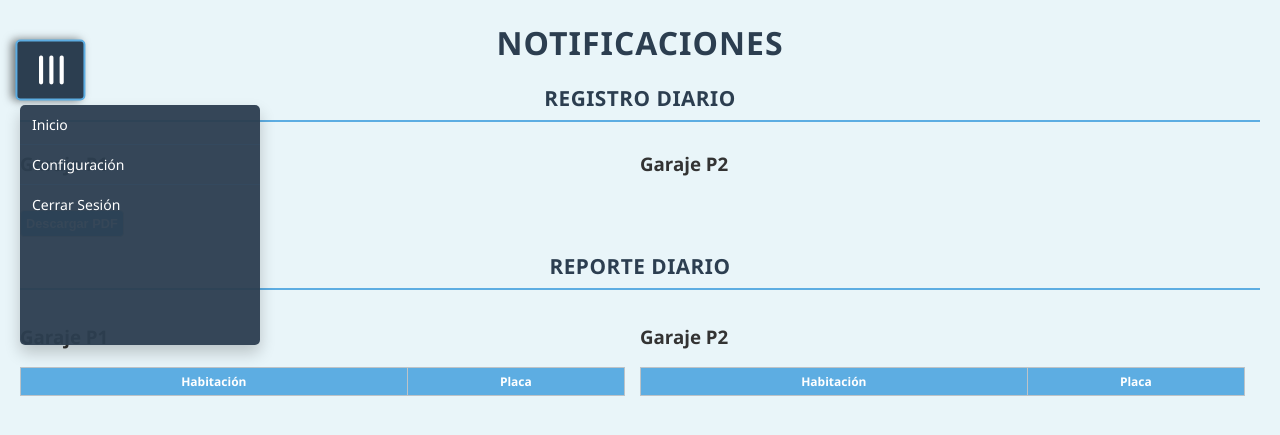
Repository: EddyWebz/base-datos
Page: privado/report.html
The author's editor kept a copy of each file at every save. The page is drawn from the files as they stood at one save, then again after the next save.
The browser window is 1280 px wide. The pictures show the whole page.
After loading, the first visible `button.menu-icon` was clicked once.
The page's requests for data from a server got no answer.

Above is the page before, as saved 2024-08-29 17:57:39.

After the next save:
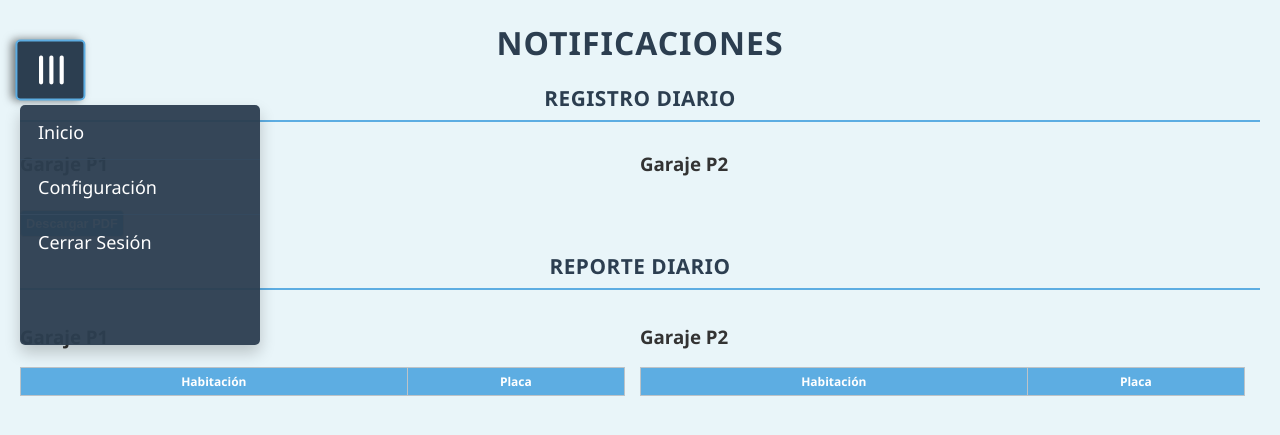
Saved 86 s later.
--- a/BASE-2/notif.css
+++ b/BASE-2/notif.css
@@ -194,7 +194,10 @@ button:hover {
         min-height: 240px;
         transform: translateY(-20px); /* Mantén la posición correcta en estado inicial */
     }
-
+    .dropdown-content.show a {
+        padding: 15px 18px; /* Aumentar padding de los enlaces */
+        font-size: 18px; /* Aumentar tamaño de la fuente */
+    }
     .dropdown-content.show {
         transform: translateY(0);
         min-width: 240px; /* Asegura el tamaño correcto */
